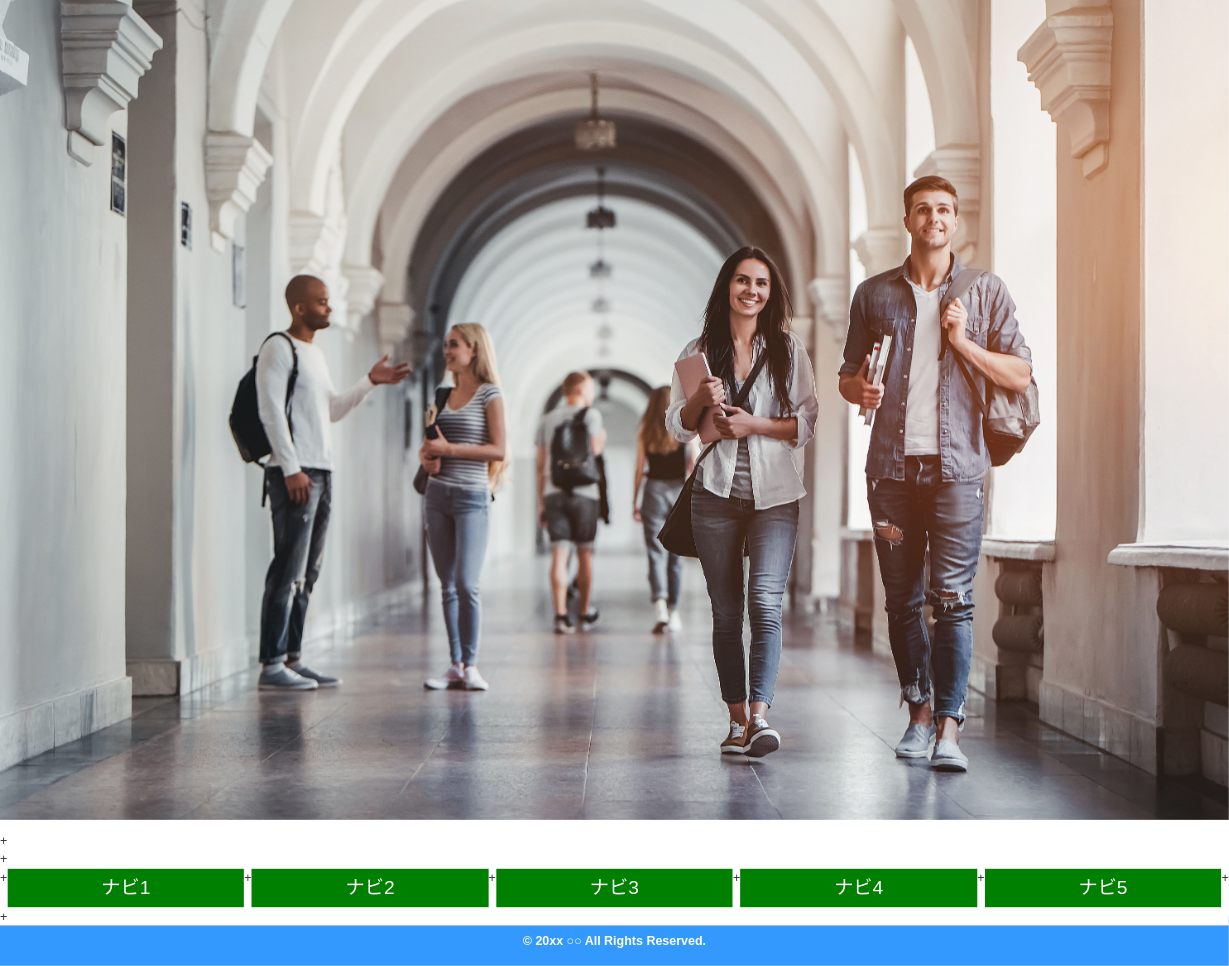
Repository: ken-ji08/samurai_HTML-CSS
Page: home.html
The author's editor kept a record of every edit. The page is drawn from the files as they stood at one moment, then again after the next edit.
The browser window is 1280 px wide. The pictures show the whole page, at 96% of full size.

Above is the page before.

After the next edit:
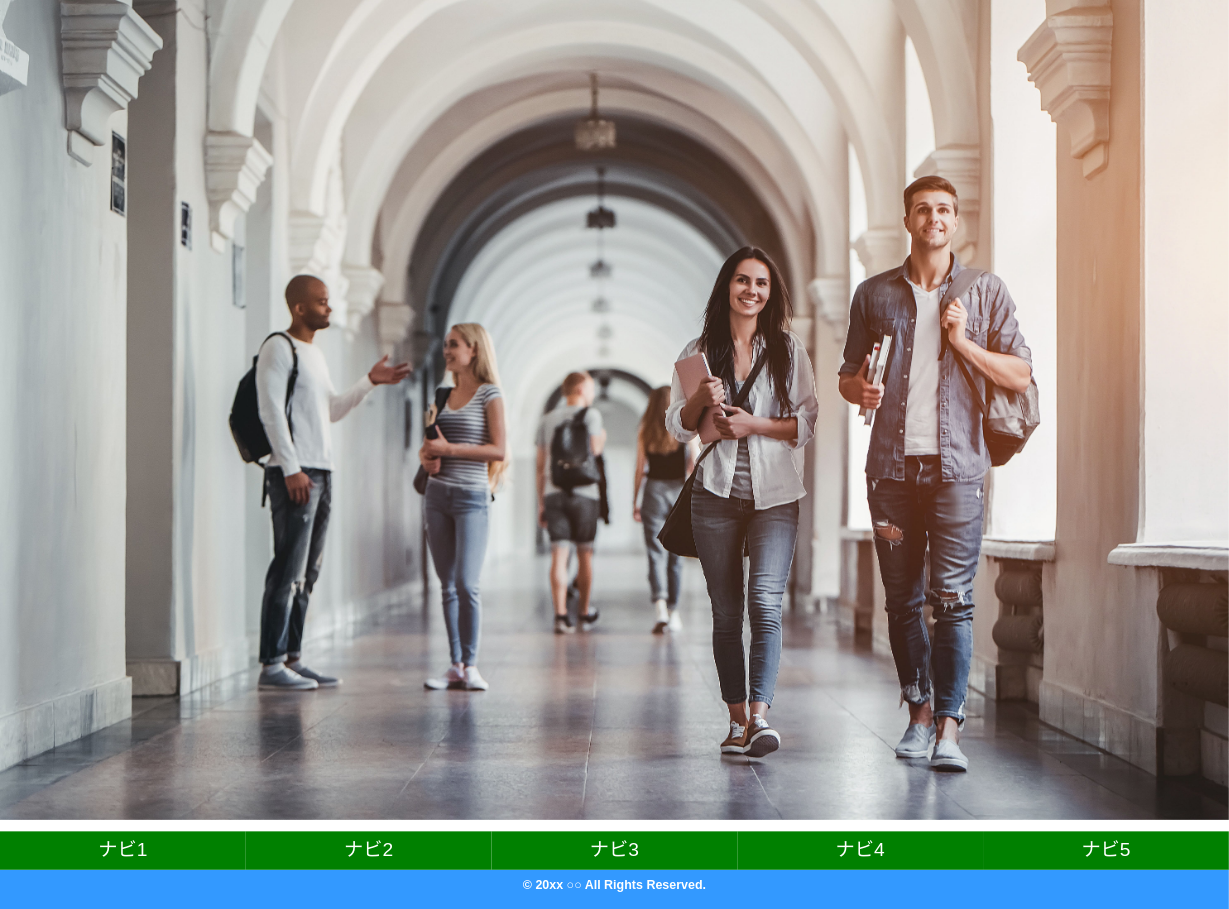
The edit:
--- a/home.html
+++ b/home.html
@@ -10,15 +10,15 @@
             <h1><a href="index.html"><img id="corridor" src="images/corridor.jpg" alt="大学の廊下" /></a></h1>
         </div>
         <div id="wrapper">
-+            <div id="nav">
-+                <ul>
-+                    <li><a href="home.html">ナビ1</a></li>
-+                    <li><a href="#">ナビ2</a></li>
-+                    <li><a href="#">ナビ3</a></li>
-+                    <li><a href="#">ナビ4</a></li>
-+                    <li><a href="#">ナビ5</a></li>
-+                </ul>
-+            </div>
+            <div id="nav">
+                <ul>
+                    <li><a href="home.html">ナビ1</a></li>
+                    <li><a href="#">ナビ2</a></li>
+                    <li><a href="#">ナビ3</a></li>
+                    <li><a href="#">ナビ4</a></li>
+                    <li><a href="#">ナビ5</a></li>
+                </ul>
+            </div>
         </div>
         <div id="footer">
             <p>&copy; 20xx ○○ All Rights Reserved.</p>
